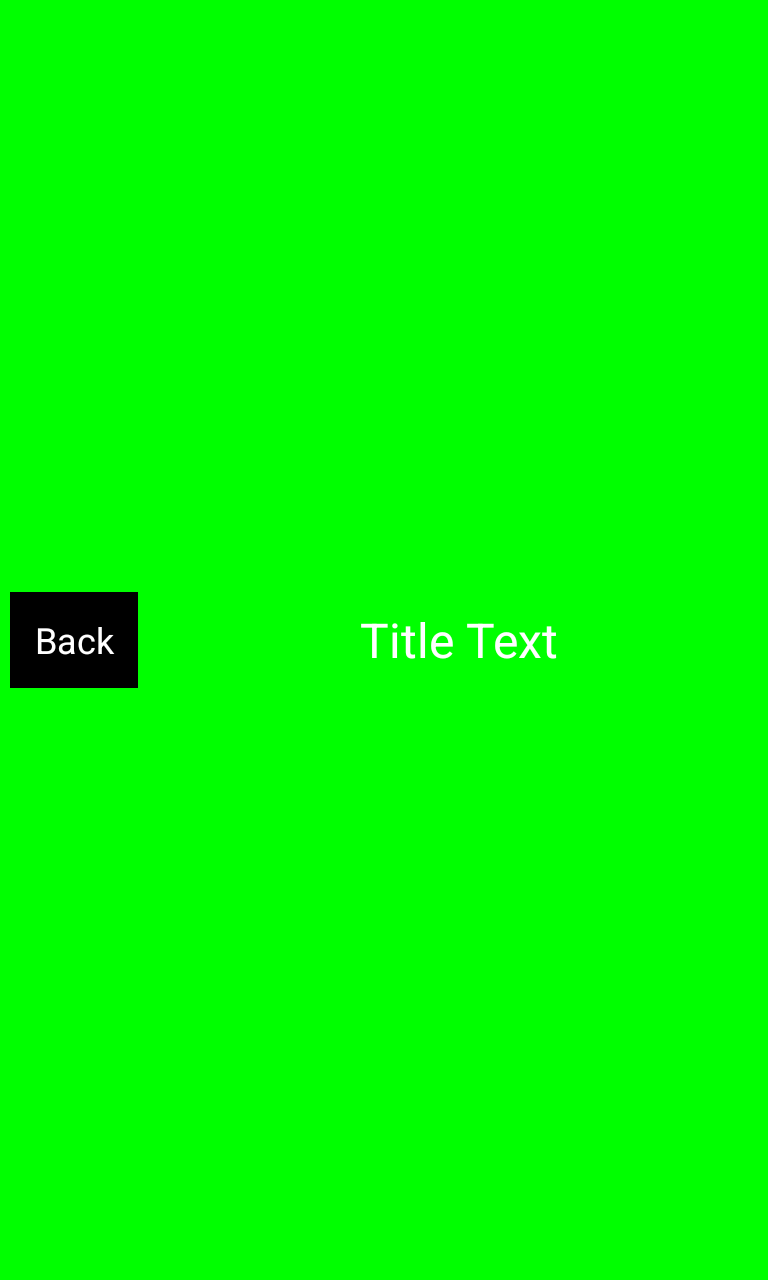
Repository: Wang-Xuan/Hello-World
Layout: UICustomViews/res/layout/title.xml
An editor plug-in stored every save of this project. The layout is shown before and after the next save, followed by the edit.
It is drawn on a 768 x 1280 px phone screen (xhdpi) without system bars, with theme AppTheme; the app's code is not run.

Above is the layout before, as saved 2014-12-08 08:55:56.

After the next save:
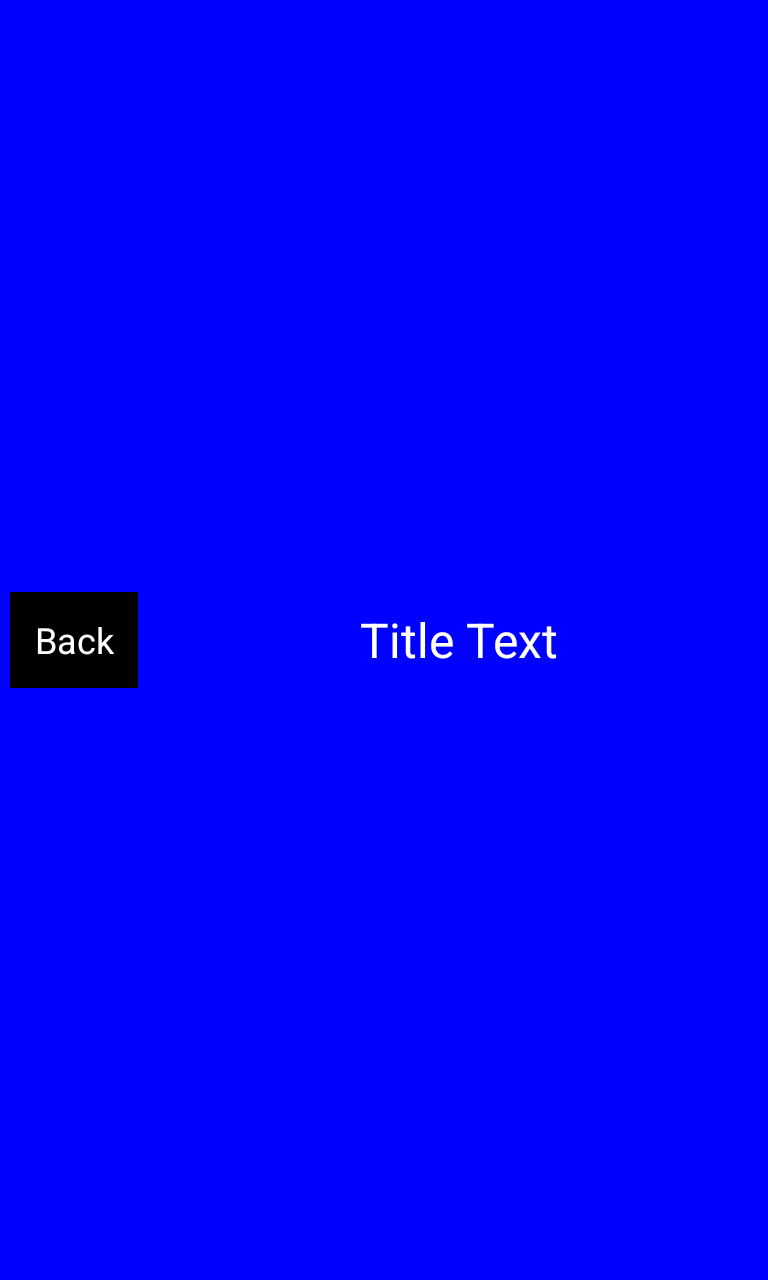
Saved 6 s later.
--- a/UICustomViews/res/layout/title.xml
+++ b/UICustomViews/res/layout/title.xml
@@ -2,7 +2,7 @@
 <LinearLayout xmlns:android="http://schemas.android.com/apk/res/android"
     android:layout_width="match_parent"
     android:layout_height="wrap_content"
-    android:background="#00ff00" >
+    android:background="#0000ff" >
 
     <Button
         android:id="@+id/title_back"
